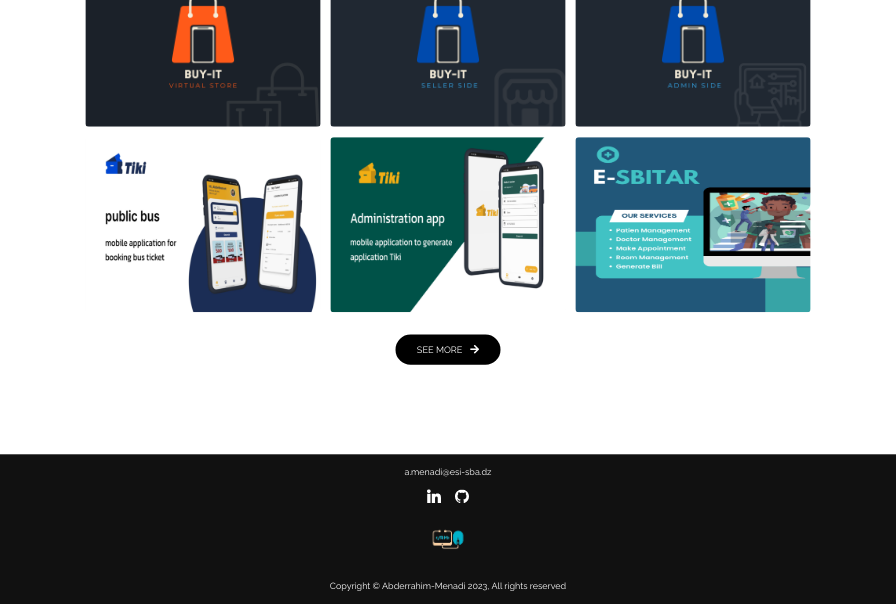
Repository: rahimmenadi/My-Website
Page: index.html
The author's editor kept a copy of each file at every save. The page is drawn from the files as they stood at one save, then again after the next save.
The browser window is 1280 px wide. The pictures show the part of the page from y = 1940 to 3860 px (the page is 2803 px tall before and 3860 px after), at 70% of full size.
The page's requests for data from a server got no answer.

Above is the page before, as saved 2023-11-07 09:52:48.

### index.html
<!DOCTYPE html>
<html lang="en">
  <head>
    <meta charset="UTF-8" />
    <meta http-equiv="X-UA-Compatible" content="IE=edge" />
    <meta name="viewport" content="width=device-width, initial-scale=1.0" />
    <title>Abderrahim website</title>
    <!-- Primary Meta Tags -->


    <!-- Open Graph / Facebook -->

    <!-- Twitter -->


    <!-- Link -->
    <link
      rel="apple-touch-icon"
      sizes="180x180"

    />
    <link
      rel="icon"

    />
    <link
      rel="icon"
    />
    <link
      rel="icon"

    />
    <link
      rel="icon"
      type="image/png"
      sizes="512x512"

    />
    <link rel="icon" type="image/x-icon" style="width: 10px;" href="assets/favicon/favicon.ico" />
    <link rel="manifest" href="assets/favicon/site.webmanifest" />
    <link
      rel="stylesheet"
      href="https://use.fontawesome.com/releases/v5.15.4/css/all.css"
      integrity="sha384-DyZ88mC6Up2uqS4h/KRgHuoeGwBcD4Ng9SiP4dIRy0EXTlnuz47vAwmeGwVChigm"
      crossorigin="anonymous"
    />
    <link rel="stylesheet" href="css/style.css" />
    <link rel="stylesheet" href="css/utilities.css" />
    <link rel="stylesheet" href="css/skills.css">*
    <link rel="stylesheet" href="css/spiner.css">
  </head>
  <body>
     <div class="loader-warapper">
    <svg role="img" aria-label="Mouth and eyes come from 9:00 and rotate clockwise into position, right eye blinks, then all parts rotate and merge into 3:00" class="smiley" viewBox="0 0 128 128" width="128px" height="128px">
      <defs>
        <clipPath id="smiley-eyes">
          <circle class="smiley__eye1" cx="64" cy="64" r="8" transform="rotate(-40,64,64) translate(0,-56)" />
          <circle class="smiley__eye2" cx="64" cy="64" r="8" transform="rotate(40,64,64) translate(0,-56)" />
        </clipPath>
        <linearGradient id="smiley-grad" x1="0" y1="0" x2="0" y2="1">
          <stop offset="0%" stop-color="#000" />
          <stop offset="100%" stop-color="#fff" />
        </linearGradient>
        <mask id="smiley-mask">
          <rect x="0" y="0" width="128" height="128" fill="url(#smiley-grad)" />
        </mask>
      </defs>
      <g stroke-linecap="round" stroke-width="12" stroke-dasharray="175.93 351.86">
        <g>
          <rect fill="hsl(193,90%,50%)" width="128" height="64" clip-path="url(#smiley-eyes)" />
          <g fill="none" stroke="hsl(193,90%,50%)">
            <circle class="smiley__mouth1" cx="64" cy="64" r="56" transform="rotate(180,64,64)" />
            <circle class="smiley__mouth2" cx="64" cy="64" r="56" transform="rotate(0,64,64)" />
          </g>
        </g>
        <g mask="url(#smiley-mask)">
          <rect fill="hsl(223,90%,50%)" width="128" height="64" clip-path="url(#smiley-eyes)" />
          <g fill="none" stroke="hsl(223,90%,50%)">
            <circle class="smiley__mouth1" cx="64" cy="64" r="56" transform="rotate(180,64,64)" />
            <circle class="smiley__mouth2" cx="64" cy="64" r="56" transform="rotate(0,64,64)" />
          </g>
        </g>
      </g>
    </svg>
    <div class="lottie-player">
      <script src="https://unpkg.com/@lottiefiles/lottie-player@latest/dist/lottie-player.js"></script>
      <lottie-player src="https://assets10.lottiefiles.com/packages/lf20_5s1rumi5.json" background="transparent" speed="2.35" style="width: 250px; height: 300px;" loop autoplay></lottie-player>
    </div>

  </div>
    <header id="hero">
      <!-- Navbar -->
      <nav class="navbar">
        <div class="container">
          <!-- Logo -->
          <h1 id="logo">
            <a href="index.html"
              ><img src="./assets/my-logo.png" alt="Your Logo"
            /></a>
          </h1>
          <!-- Navbar links -->
          <ul class="nav-menu">
            <li><a class="nav-link" href="#projects">PROJECTS</a></li>
            <li><a class="nav-link" href="#">CONTACT</a></li>
            <li><a class="nav-link" href="#">BlOG</a></li>
            <li>
              <a
                class="nav-link btn btn-primary"
                href="https://drive.google.com/file/d/17N6exdY6zeIP8P_hAs873j1iEnbZUKpu/view?usp=drive_link"
                >RESUME <i class="fas fa-arrow-right"></i
              ></a>
            </li>

            <!-- Toggle switch -->
            <div class="theme-switch">
              <input type="checkbox" id="switch" />
              <label class="toggle-icons" for="switch">
                <img class="moon" src="assets/moon.svg" />
                <img class="sun" src="assets/sun.svg" />
              </label>
            </div>
            <!-- Hamburger menu -->
          </ul>
          <div class="hamburger">
            <span class="bar"></span>
            <span class="bar"></span>
            <span class="bar"></span>
          </div>
        </div>
      </nav>

      <section class="header-container">
        <img
          class="profile-image"
          src="assets/profile.jpg"
          alt=""
        />
        <h1>Hi I'm Abderrahim Menadi <span class="wave">👋</span></h1>

        <div class="content-text">
          <h2>About Me</h2>
          <h2>Junior Front-End Web Developer.</h2>

          <p>
            I’m a Frontend Developer with a strong understanding of Responsive Web Design
             and have demonstrated past work experience working in the frontend development industry.
          </p>
        </div>
        <a
                class="nav-link btn btn-primary"
                href="https://linktr.ee/abderrahimmeandi"
                >Connect With Me <i class="fas fa-arrow-right"></i
              ></a>





      </section>
    </header>
    <section id="projectsskills" class="project-container container">
      <div class="division"></div>
      <div class="content-text">
        <h2>Skills</h2>
        <p>Check out some of my Skills And Tools That i use</p>
      </div>
 <article class="project1">

        <!-- Project 1 -->
        <div class="content">
          <div class="profile-skills">
            <div>
              <input type="checkbox" id="sk1">
              <label for="sk1"></label>
              <ul class="skills skills1">
                <li class="sk-cms"><span>HTML</span></li>
                <li class="sk-dtb"><span>CSS</span></li>
                <li class="sk-dis"><span>JS</span></li>
                <li class="sk-pro"><span>Java</span></li>
                <li class="sk-ani"><span>SQL</span></li>
                <li class="more">
                  <input type="checkbox" id="more-con"><label for="more-con"></label>
                  <div><span>RWD</span><span>Animation</span><span>CHARTS</span><span>API</span><span>BE Linker</span><span>BDD</span></div>
                </li>
              </ul>
            </div>
            <div>
            <input type="checkbox" id="sk2">
            <label for="sk2"></label>
            <ul class="skills skills2">
              <li class="sk-gim"><span>VS-code</span></li>
              <li class="sk-not"><span>Android Studio</span></li>
              <li class="sk-wor"><span>Github</span></li>
              <li class="sk-tri"><span>figma</span></li>
              <li class="sk-ado"><span>MySQL Workbench</span></li>

              <li class="more">
                <input type="checkbox" id="more-pro"><label for="more-pro"></label>
                <div><span>GIT</span><span>Firebase</span><span>IntelliJ IDEA</span><span>Visual paradigm</span></div>
              </li>
            </ul>
            </div>

        </div>
      </article>


    </section>

    <!-- Projects -->
    <section id="projects" class="project-container container">
      <div class="division"></div>
      <div class="content-text">
        <h2>Projects</h2>
        <p>Check out some of my personal and paid projects</p>
      </div>

      <article class="project">
        <!-- Project 1 -->
        <div href="" class="card">
          <div class="project-info">
            <div class="project-bio">
              <h3>Buy-it</h3>
              <p>HTML, CSS, SASS, JS, Node-JS</p>
            </div>

            <div class="project-link">
              <a href="https://github.com/rahimmenadi/projectx" target="_blank"><i class="fab fa-github"></i></a>
              <a href="https://buy-it-client.pages.dev/" target="_blank"><i class="fas fa-globe"></i></a>
            </div>
          </div>
        </div>

        <!-- Project 2 -->
        <div href="" class="card">
          <div class="project-info">
            <div class="project-bio">
              <h3>Buy-it Seller Side</h3>
              <p>HTML, CSS, SASS, JS, Node-JS</p>
            </div>

            <div class="project-link">
              <a href="https://github.com/rahimmenadi/projectx" target="_blank"><i class="fab fa-github"></i></a>
              <a href="#" target="_blank"><i class="fas fa-globe"></i></a>
            </div>
          </div>
        </div>

        <!-- Porject 3 -->
        <div href="" class="card">
          <div class="project-info">
            <div class="project-bio">
              <h3>Buy-it Admin Side</h3>
              <p>HTML, CSS, SASS, JS, Node-JS</p>
            </div>

            <div class="project-link">
              <a href="https://github.com/rahimmenadi/projectx" target="_blank"><i class="fab fa-github"></i></a>
              <a href="#" target="_blank"><i class="fas fa-globe"></i></a>
            </div>
          </div>
        </div>

        <!-- Project 4 -->
        <div href="" class="card">
          <div class="project-info">
            <div class="project-bio">
              <h3>Tiki</h3>
              <p>Java,  Firebase</p>
            </div>

            <div class="project-link">
              <a href="https://github.com/rahimmenadi/Tiki" target="_blank"><i class="fab fa-github"></i></a>
              <a href="https://mega.nz/file/mu5gybiB#gw8IHSz2v9bFG0ZwwQFL_AMZv8WIdCRUhiW0hA_XVq8" target="_blank"><i class="fas fa-globe"></i></a>
            </div>
          </div>
        </div>

        <!-- Project 5 -->
        <div href="" class="card">
          <div class="project-info">
            <div class="project-bio">
              <h3>Tiki Admin</h3>
              <p>Java,  Firebase</p>
            </div>

            <div class="project-link">
              <a href="https://github.com/rahimmenadi/Tiki" target="_blank"><i class="fab fa-github"></i></a>
              <a href="https://mega.nz/file/K7xAAYyK#4BQzPwOJpC8L00cKX2bVBURrUfcqUJ3T-dvLVdOQe9E" target="_blank"><i class="fas fa-globe"></i></a>
            </div>
          </div>
        </div>

        <!-- Project 6 -->
        <div href="" class="card">
          <div class="project-info">
            <div class="project-bio">
              <h3>E-sbitar</h3>
              <p>JavaFX, CSS, SQL</p>
            </div>

            <div class="project-link">
              <a href="https://github.com/rahimmenadi/E-SBITAR" target="_blank"><i class="fab fa-github"></i></a>
              <a href="https://drive.google.com/drive/folders/1nvo8g8NKInz3Hvw1Pheuo8E3XhV_Ej0T?usp=drive_link" target="_blank"><i class="fas fa-globe"></i></a>
            </div>
          </div>
        </div>
      </article>

      <a href="https://github.com/rahimmenadi" class="btn btn-secondary"
        target="_blank" >See More <i class="fas fa-arrow-right"></i
      ></a>
    </section>


    <footer id="footer">
      <div class="container">
        <a href="mailto:a.menadi@esi-sba.dz">a.menadi@esi-sba.dz</a>
        <!-- Social links -->
        <div class="social">

          <a href="https://www.linkedin.com/in/abderrahim-menadi/" target="_blank"
            ><img src="./assets/linkedin-icon.svg" alt="Linkedin"
          /></a>
          <a href="https://github.com/rahimmenadi" target="_blank"><img src="./assets/github-icon.svg" alt="GitHub" /></a>

        </div>
        <!-- Attribution -->
        <div class="attribution">

            <img
              src="/assets/my-logo.png"
              alt="attribution"
              width="80px"

            />

        </div>
        <p>Copyright &copy; Abderrahim-Menadi <span id="datee"></span>, All rights reserved</p>
      </div>
    </footer>
    <script src="https://code.jquery.com/jquery-3.6.0.min.js"></script>

    <script src="js/script.js"></script>
    <script>
      setTimeout(function(){
        $('.loader-warapper').fadeToggle();

      },2700);
    </script>

  </body>
</html>

### css/utilities.css
/* ?This is where reusable styling of this template will be.
   !Will contain things like:
   * Button styling
   * Background color styling
   * padding and margin
*/

.container {
  max-width: var(--width-medium);
  margin: 0 auto;
  padding: 1rem 2rem;
}

h1::selection,
h2::selection {
  color: #111;
  background: var(--primary-color);
}

/* Buttons */
.btn {
  display: inline-block;
  padding: 0.75rem 1.9rem;
  border-radius: 30px;
  text-transform: uppercase;
  font-size: 0.82rem;
  transition: 0.3s;
}


.btn-primary {
  background: var(--primary-color);
  color: #000000;
  font-weight:700 ;
}

.btn-secondary {
  margin: 5px 0;
  background-color: var(--bg-secondary);
  color: var(--bg-primary);
}

/* add hover to resume button */
.btn-primary:hover {
  background: var(--secondary-color);
}


/* Dark mode toggle */
#switch {
  display: none;
}

.toggle-icons {
  display: flex;
  justify-content: space-between;
  align-items: center;
  cursor: pointer;
}

.toggle-icons > img {
  transition: 0.6s cubic-bezier(0.23, 1, 0.32, 1);
  width: 30px;
}

.moon {
  transform: rotate(10deg);
}

#switch:checked + .toggle-icons .moon {
  transform: rotate(250deg);
}

#switch:checked + .toggle-icons .sun {
  transform: rotate(100deg);
}

/* Header Container */
.header-container {
  display: flex;
  flex-direction: column;
  align-items: center;
  justify-content: center;
  margin-top: 8rem;
  padding: 1rem;
}

.header-container > div {
  margin-top: 1rem;
}

.content-text {
  text-align: center;
  margin: 1.5rem 0;
}

.content-text h2 {
  font-size: 3rem;
  line-height: 1.2;
  transition: 0.2s ease-in-out;
}

.content-text p {
  padding: 0.5rem;
  margin: 0 auto;
  max-width: 700px;
}

/* Project cards */
.card {
  padding: 1rem;
  background: var(--card-background);
  color: #ffffff;
  border-radius: 5px;
  transition: 0.4s ease-in-out;
  cursor: pointer;
}

.card a {
  color: #ffffff;
  transition: 0.25s ease-in-out;
  font-size: 1.1rem;
  margin-right: 0.3rem;
}

.card a:hover {
  color: var(--primary-color);
}

.card:hover {
  box-shadow: inset 0 100px 1000px 10px rgba(0, 0, 0, 0.8);
}

.card:hover .project-info {
  opacity: 1;
}

/* Project Images */

/* project 1 */
.card:nth-child(1) {

  background: url(../assets/project/buy-it.png) center center/cover;
}

/* Project 2 */
.card:nth-child(2) {
  background: url(../assets/project/seller-it.png) center center/cover;
}

/* Project 3 */
.card:nth-child(3) {
  background: url(../assets/project/admin-it.png) center center/cover

}

/* Project 4 */
.card:nth-child(4) {
  background: url(../assets/project/tkiii.png) center center/cover;
}

/* Project 5 */
.card:nth-child(5) {
  background: url(../assets/project/tiki-admin3.png) center center/cover;
}

/* Project 6 */
.card:nth-child(6) {
  background: url(../assets/project/e-sbitar.png) center center/cover;
}

/* Media Queries */
@media (max-width: 768px) {
  .header-container {
    margin-top: 7rem;
    text-align: center;
  }

  .content-text h2 {
    font-size: 2.5rem;
  }
}

### css/spiner.css

.loader-warapper{
    width: 100%;
    height: 100%;
    position: absolute;

    top: 0;
    left: 0;
    background-color: white;
    z-index: 999999999999;
    display: flex;
    justify-content: center;
    flex-direction: column;
    align-items: center;
}


.lottie-player {
    display: flex;
    justify-content: center;
    align-items: center;
    width: 220px;
    height: 300px;
    /* Add any other styling for the Lottie player */
  }

:root {
	--hue: 223;
	--bg: hsl(var(--hue),90%,90%);
	--fg: hsl(var(--hue),90%,10%);
	--trans-dur: 0.3s;

}

.smiley {
	width: 8em;
	height: 8em;

}
.smiley__eye1,
.smiley__eye2,
.smiley__mouth1,
.smiley__mouth2 {
	animation: eye1 3s ease-in-out infinite;
}
.smiley__eye1,
.smiley__eye2 {
	transform-origin: 64px 64px;
}
.smiley__eye2 {
	animation-name: eye2;
}
.smiley__mouth1 {
	animation-name: mouth1;
}
.smiley__mouth2 {
	animation-name: mouth2;
	visibility: hidden;
}

/* Dark theme */
@media (prefers-color-scheme: dark) {
	:root {
		--bg: hsl(var(--hue),90%,10%);
		--fg: hsl(var(--hue),90%,90%);
	}
}

/* Animations */
@keyframes eye1 {
	from {
		transform: rotate(-260deg) translate(0,-56px);
	}
	50%,
	60% {
		animation-timing-function: cubic-bezier(0.17,0,0.58,1);
		transform: rotate(-40deg) translate(0,-56px) scale(1);
	}
	to {
		transform: rotate(225deg) translate(0,-56px) scale(0.35);
	}
}
@keyframes eye2 {
	from {
		transform: rotate(-260deg) translate(0,-56px);
	}
	50% {
		transform: rotate(40deg) translate(0,-56px) rotate(-40deg) scale(1);
	}
	52.5% {
		transform: rotate(40deg) translate(0,-56px) rotate(-40deg) scale(1,0);
	}
	55%,
	70% {
		animation-timing-function: cubic-bezier(0,0,0.28,1);
		transform: rotate(40deg) translate(0,-56px) rotate(-40deg) scale(1);
	}
	to {
		transform: rotate(150deg) translate(0,-56px) scale(0.4);
	}
}
@keyframes eyeBlink {
	from,
	25%,
	75%,
	to {
		transform: scaleY(1);
	}
	50% {
		transform: scaleY(0);
	}
}
@keyframes mouth1 {
	from {
		animation-timing-function: ease-in;
		stroke-dasharray: 0 351.86;
		stroke-dashoffset: 0;
	}
	25% {
		animation-timing-function: ease-out;
		stroke-dasharray: 175.93 351.86;
		stroke-dashoffset: 0;
	}
	50% {
		animation-timing-function: steps(1,start);
		stroke-dasharray: 175.93 351.86;
		stroke-dashoffset: -175.93;
		visibility: visible;
	}
	75%,
	to {
		visibility: hidden;
	}
}
@keyframes mouth2 {
	from {
		animation-timing-function: steps(1,end);
		visibility: hidden;
	}
	50% {
		animation-timing-function: ease-in-out;
		visibility: visible;
		stroke-dashoffset: 0;
	}
	to {
		stroke-dashoffset: -351.86;
	}
}

Loaded but not shown: js/script.js (68 lines, source omitted); css/skills.css (573 lines, source omitted); css/style.css (385 lines, source omitted)

After the next save:
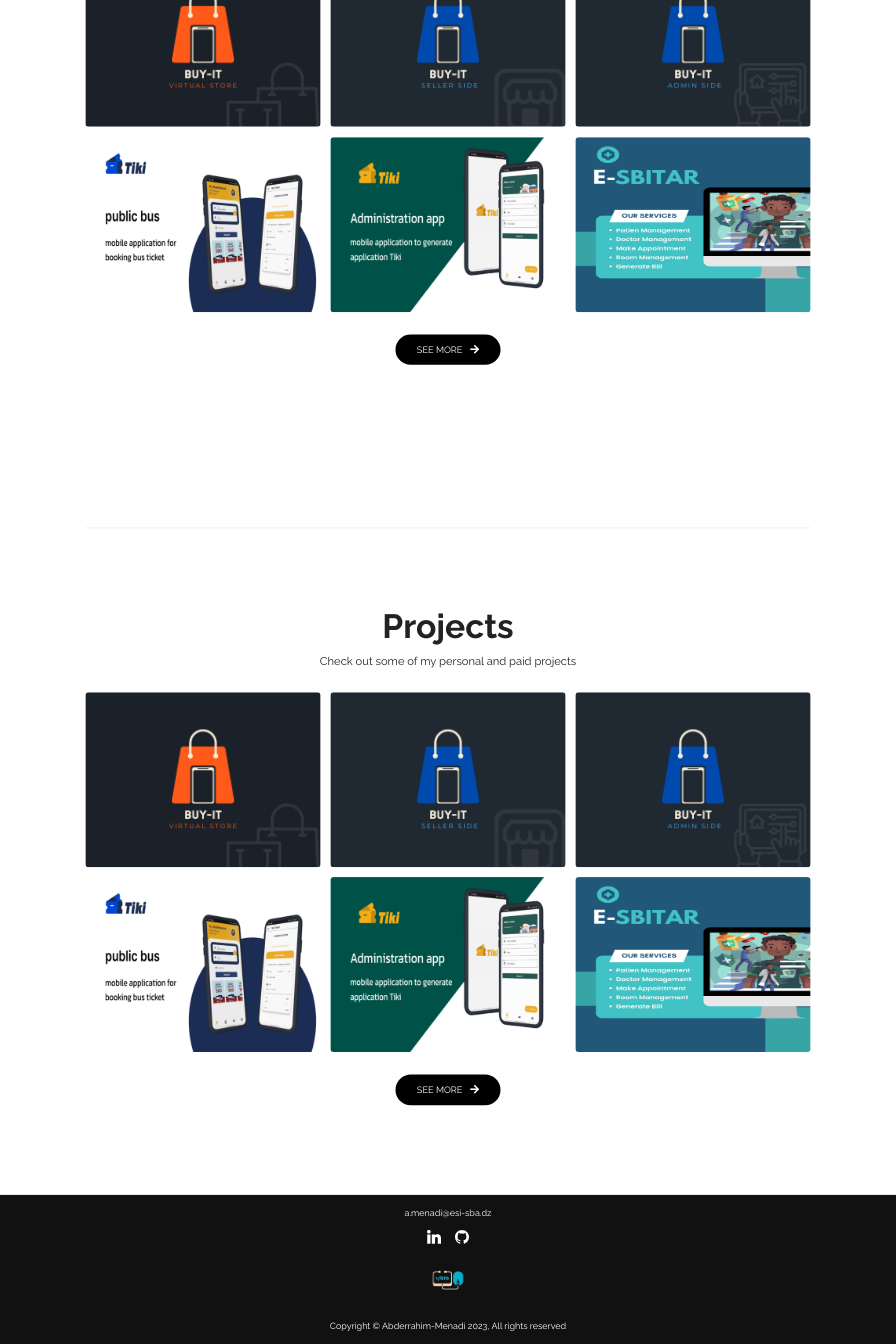
Saved 37 s later.
--- a/index.html
+++ b/index.html
@@ -311,6 +311,110 @@
         target="_blank" >See More <i class="fas fa-arrow-right"></i
       ></a>
     </section>
+     <!-- Projects -->
+     <section id="projects" class="project-container container">
+      <div class="division"></div>
+      <div class="content-text">
+        <h2>Projects</h2>
+        <p>Check out some of my personal and paid projects</p>
+      </div>
+
+      <article class="project">
+        <!-- Project 1 -->
+        <div href="" class="card">
+          <div class="project-info">
+            <div class="project-bio">
+              <h3>Buy-it</h3>
+              <p>HTML, CSS, SASS, JS, Node-JS</p>
+            </div>
+
+            <div class="project-link">
+              <a href="https://github.com/rahimmenadi/projectx" target="_blank"><i class="fab fa-github"></i></a>
+              <a href="https://buy-it-client.pages.dev/" target="_blank"><i class="fas fa-globe"></i></a>
+            </div>
+          </div>
+        </div>
+
+        <!-- Project 2 -->
+        <div href="" class="card">
+          <div class="project-info">
+            <div class="project-bio">
+              <h3>Buy-it Seller Side</h3>
+              <p>HTML, CSS, SASS, JS, Node-JS</p>
+            </div>
+
+            <div class="project-link">
+              <a href="https://github.com/rahimmenadi/projectx" target="_blank"><i class="fab fa-github"></i></a>
+              <a href="#" target="_blank"><i class="fas fa-globe"></i></a>
+            </div>
+          </div>
+        </div>
+
+        <!-- Porject 3 -->
+        <div href="" class="card">
+          <div class="project-info">
+            <div class="project-bio">
+              <h3>Buy-it Admin Side</h3>
+              <p>HTML, CSS, SASS, JS, Node-JS</p>
+            </div>
+
+            <div class="project-link">
+              <a href="https://github.com/rahimmenadi/projectx" target="_blank"><i class="fab fa-github"></i></a>
+              <a href="#" target="_blank"><i class="fas fa-globe"></i></a>
+            </div>
+          </div>
+        </div>
+
+        <!-- Project 4 -->
+        <div href="" class="card">
+          <div class="project-info">
+            <div class="project-bio">
+              <h3>Tiki</h3>
+              <p>Java,  Firebase</p>
+            </div>
+
+            <div class="project-link">
+              <a href="https://github.com/rahimmenadi/Tiki" target="_blank"><i class="fab fa-github"></i></a>
+              <a href="https://mega.nz/file/mu5gybiB#gw8IHSz2v9bFG0ZwwQFL_AMZv8WIdCRUhiW0hA_XVq8" target="_blank"><i class="fas fa-globe"></i></a>
+            </div>
+          </div>
+        </div>
+
+        <!-- Project 5 -->
+        <div href="" class="card">
+          <div class="project-info">
+            <div class="project-bio">
+              <h3>Tiki Admin</h3>
+              <p>Java,  Firebase</p>
+            </div>
+
+            <div class="project-link">
+              <a href="https://github.com/rahimmenadi/Tiki" target="_blank"><i class="fab fa-github"></i></a>
+              <a href="https://mega.nz/file/K7xAAYyK#4BQzPwOJpC8L00cKX2bVBURrUfcqUJ3T-dvLVdOQe9E" target="_blank"><i class="fas fa-globe"></i></a>
+            </div>
+          </div>
+        </div>
+
+        <!-- Project 6 -->
+        <div href="" class="card">
+          <div class="project-info">
+            <div class="project-bio">
+              <h3>E-sbitar</h3>
+              <p>JavaFX, CSS, SQL</p>
+            </div>
+
+            <div class="project-link">
+              <a href="https://github.com/rahimmenadi/E-SBITAR" target="_blank"><i class="fab fa-github"></i></a>
+              <a href="https://drive.google.com/drive/folders/1nvo8g8NKInz3Hvw1Pheuo8E3XhV_Ej0T?usp=drive_link" target="_blank"><i class="fas fa-globe"></i></a>
+            </div>
+          </div>
+        </div>
+      </article>
+
+      <a href="https://github.com/rahimmenadi" class="btn btn-secondary"
+        target="_blank" >See More <i class="fas fa-arrow-right"></i
+      ></a>
+    </section>
 
 
     <footer id="footer">
